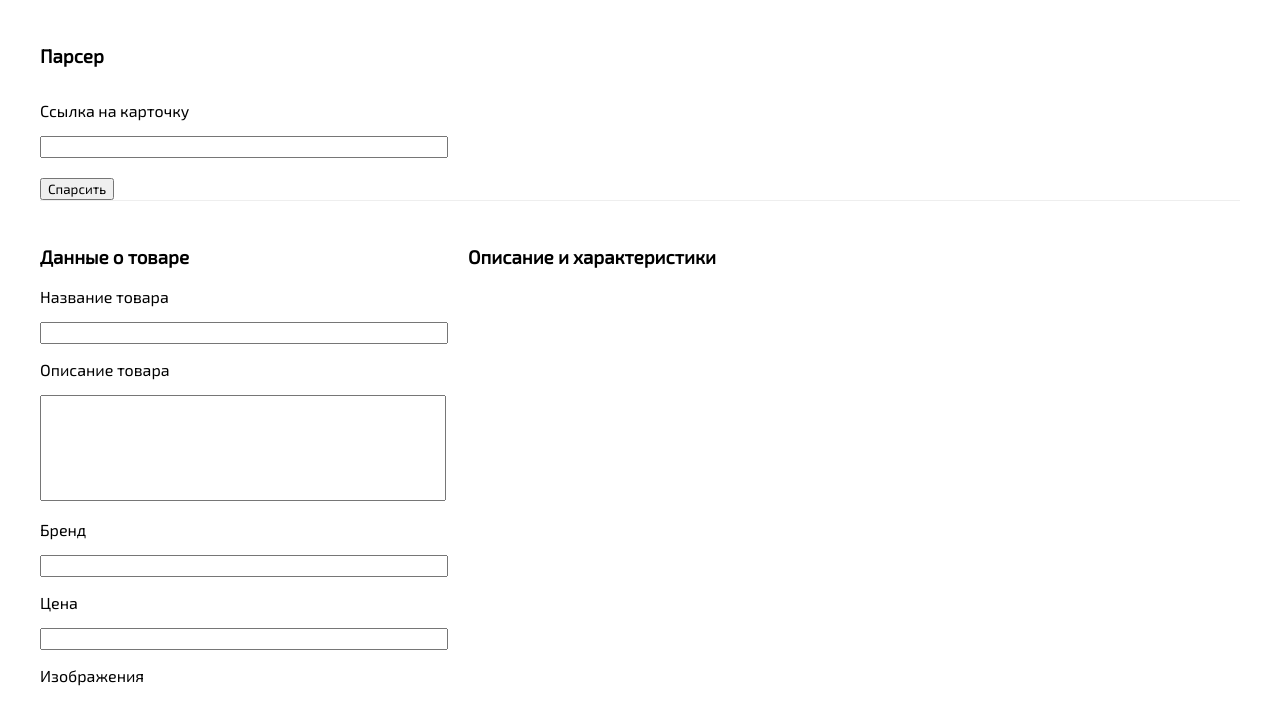
Repository: yozuul/wildberries-product-card-parser-api-exchange
Page: public/index.html
These files come from the project's save history. The page is drawn as it stood at one moment and after the next save; the edit follows.
The browser window is 1280 px wide. The pictures show the whole page.

Above is the page before, as saved 2021-08-18 18:33:01.

After the next save:
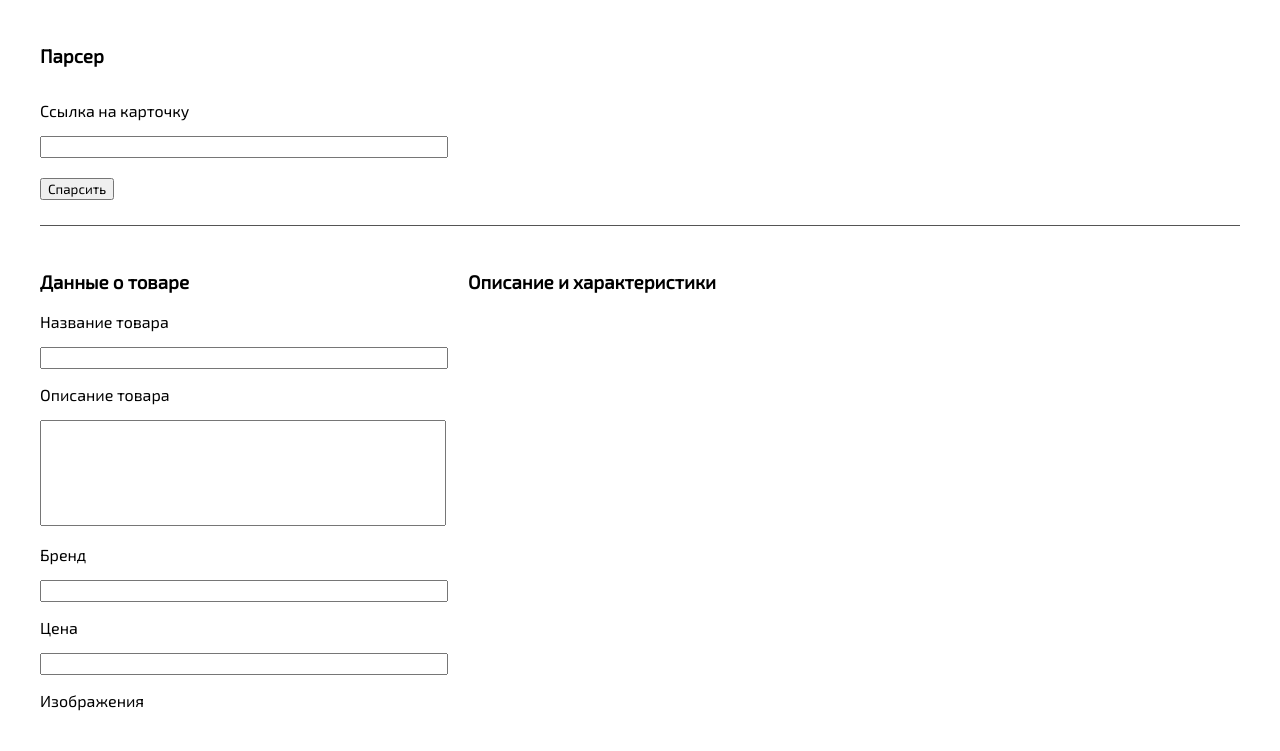
Saved 11 s later.
--- a/public/style.css
+++ b/public/style.css
@@ -11,11 +11,11 @@ body {
 .productFormWrapper, .parseFormWrapper {
    max-width: 1200px;
    margin: auto;
-   margin-top: 25px;
-   margin-bottom: 25px;
+   padding-top: 25px;
+   padding-bottom: 25px;
 }
 .parseFormWrapper {
-   border-bottom: 1px solid #eee;
+   border-bottom: 1px solid #555;
 }
 .productFormWrapper {
    display: flex;
